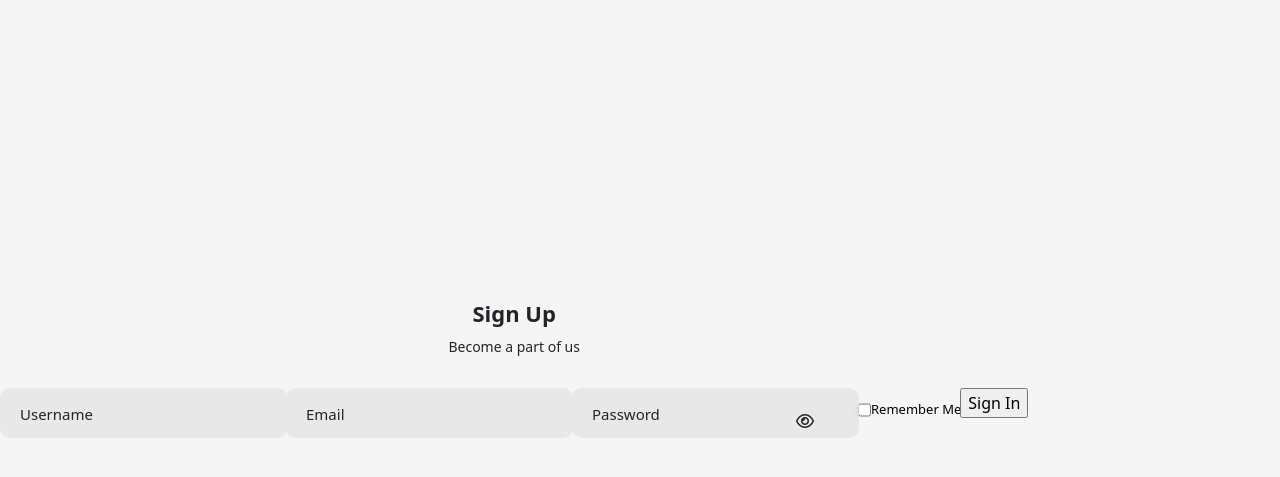
Repository: MauDucKG/BigFarm
Page: http://localhost/BigFarm/views/main/register/index.php
The author's editor kept a copy of each file at every save. The page is drawn from the files as they stood at one save, then again after a run of saves.
The browser window is 1280 px wide. The pictures show the whole page.
Some web libraries are served in a nearby version. The page is run by PHP 8.4 with error messages shown; the project is at /var/www/html/.

Above is the page before, as saved 2023-04-26 18:29:07.

### views/main/register/index.php
<!DOCTYPE html>
<html lang="en">

<head>
	<meta charset="utf-8">
	<meta name="viewport" content="width=device-width, initial-scale=1">
	<title>Register</title>
	<link href="https://cdn.jsdelivr.net/npm/bootstrap@5.2.2/dist/css/bootstrap.min.css" rel="stylesheet" integrity="sha384-Zenh87qX5JnK2Jl0vWa8Ck2rdkQ2Bzep5IDxbcnCeuOxjzrPF/et3URy9Bv1WTRi" crossorigin="anonymous">
	<link rel="stylesheet" href="assets/stylesheets/register.css">
    <script src="https://kit.fontawesome.com/4ccf3877a2.js" crossorigin="anonymous"></script>
    <style>
        .box-register{
            position: absolute;
            width: 85%;
            right: -350px;
            transition: .5s ease-in-out;
        }
        .top-header{
            text-align: center;
            margin: 30px auto;
        }
        .top-header h3{
            font-size: 22px;
            font-weight: 600;
            margin-bottom: 8px;
        }
        .input-group{
            width: 100%;
        }
        .input-field{
            margin-bottom: 12px 0 ;
            position: relative;
        }
        .input-box{
            width: 100%;
            height: 50px;
            font-size: 15px;
            color: #040404;
            border: none;
            border-radius: 10px;
            padding: 7px 45px 0 20px;
            background: rgba(224, 223, 223, 0.6);
            backdrop-filter: blur(2px);
            outline: none;
        }
        .input-field label{
            position: absolute;
            left: 20px;
            top: 15px;
            font-size: 15px;
            transition: .3s ease-in-out;
        }
        .input-box:focus ~ label,.input-box:valid ~ label{
            top: 2px;
            font-size: 10px;
            color: #c12828;
            font-weight: 500;
        }
        .eye-area{
            position: absolute;
            top: 25px;
            right: 25px;
        }
        .eye-box{
            display: flex;
            justify-content: center;
            align-items: center;
            position: relative;
        }
        #eye,#eye-2{
            opacity: 1;
        }
        #eye-slash,#eye-slash-2{
            opacity: 0;
        }
        .remember{
            display: flex;
            font-size: 13px;
            margin: 12px 0 30px 0;
            color: #000;
        }
    </style>
</head>

<body>
    <div class="register-box" id="regUser">
        <div class="top-header">
            <h3>Sign Up</h3>
            <small>Become a part of us</small>
        </div>
        <div class="input-group">
            <div class="input-field">
                <input type="text" class="input-box" id="regUser" required>
                <label for="regUser">Username</label>
            </div>
            <div class="input-field">
                <input type="text" class="input-box" id="regUser" required>
                <label for="regUser">Email</label>
            </div>
            <div class="input-field">
                <input type="password" class="input-box" id="regPassword" required>
                <label for="regPassword">Password</label>
                 <div class="eye-area">
                        <div class="eye-box" onclick="myRegPassword()">
                            <i class="fa-regular fa-eye" id="eye-2"></i>
                            <i class="fa-regular fa-eye-slash" id="eye-slash-2"></i>
                        </div>
                 </div>
            </div>
            <!-- <div class="input-field">
                <input type="text" class="input-box" id="regUser" required>
                <label for="regUser">Telephone number</label> -->
            <!-- </div>
            <div class="input-field">
                <input type="radio" class="input-box" id="regUser" required>
                <label for="regUser">Male</label>
            </div>
            <div class="input-field">
                <input type="radio" class="input-box" id="regUser" required>
                <label for="regUser">Female</label>
            </div> -->
            <div class="remember">
                <input type="checkbox" id="formCheck-2" class="check">
                <label for="formCheck-2"> Remember Me</label>
            </div>
            <div class="input-field">
                <input type="submit" class="input-submit" value="Sign In">
            </div>
        </div>
    </div>
</body>

</html>

### assets/stylesheets/register.css
html,
body {
  height: 100%;
}

body {
  display: flex;
  align-items: center;
  padding-top: 40px;
  padding-bottom: 40px;
  background-color: #f5f5f5;
}

.form-signin {
  max-width: 500px;
  padding: 15px;
}

.form-signin .form-floating:focus-within {
  z-index: 2;
}

After the next 2 saves:
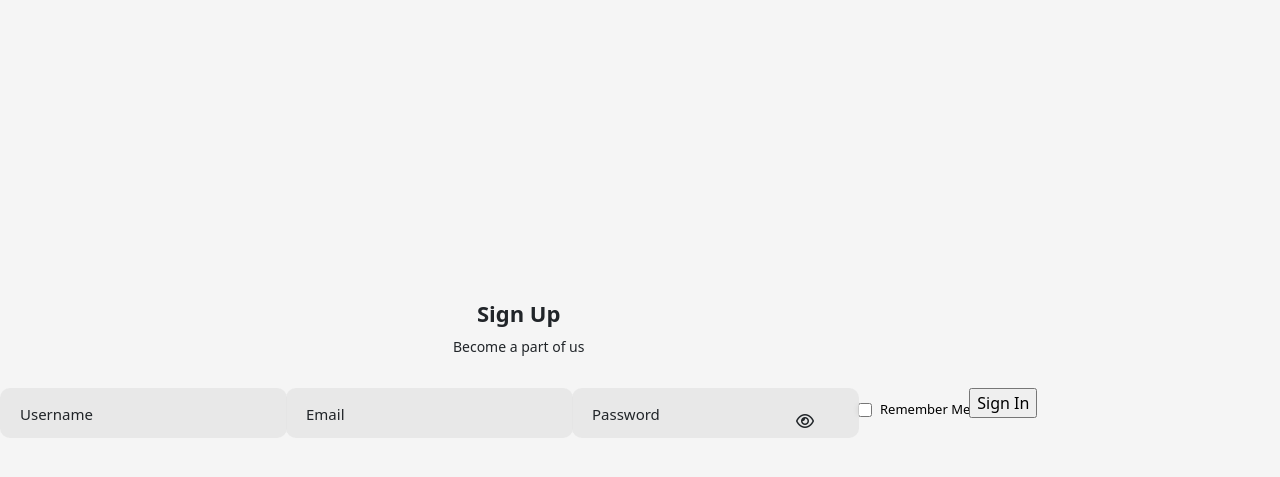
The 2 saves are shown as one change because they came seconds apart.
The last was saved 27 s later.
--- a/views/main/register/index.php
+++ b/views/main/register/index.php
@@ -79,6 +79,10 @@
             margin: 12px 0 30px 0;
             color: #000;
         }
+        .check{
+    margin-right: 8px;
+    width: 14px;
+        }
     </style>
 </head>
 
